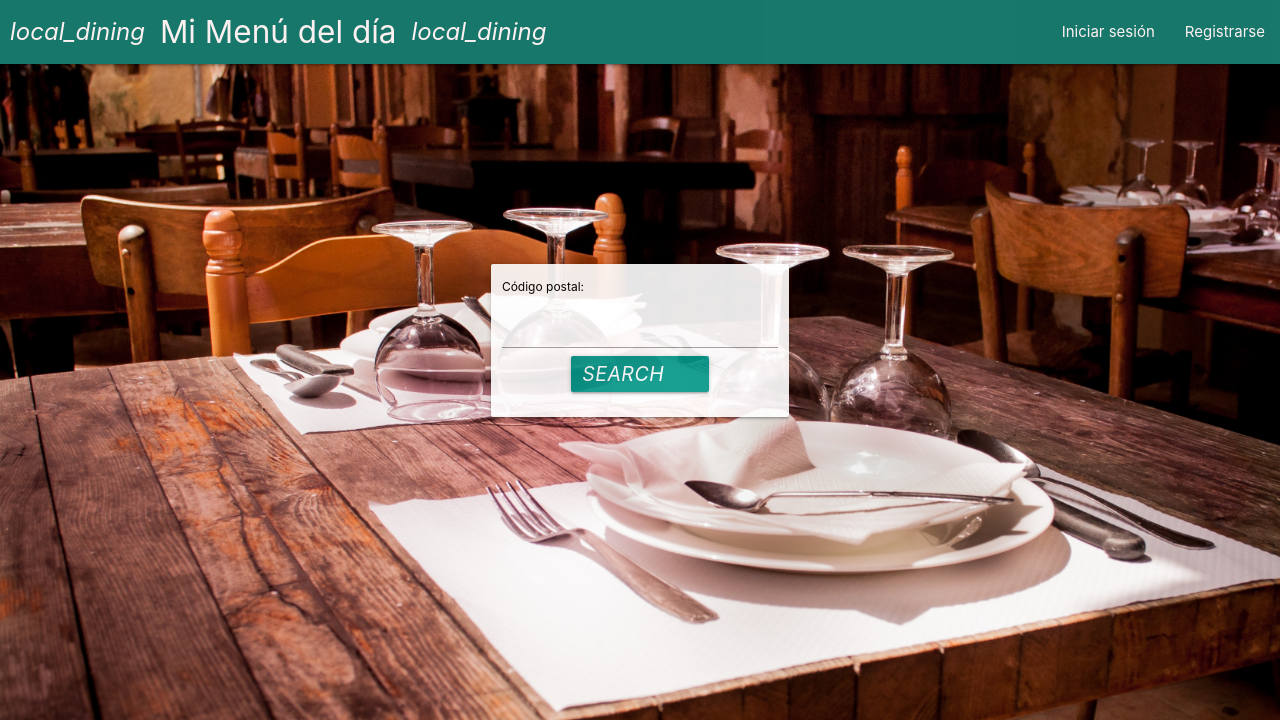
Repository: ixtab/ProyectoJavaRestaurante
Page: http://localhost/MiMenu/
An editor plug-in stored every save of this project. The page is shown before and after the next save, followed by the edit.
The browser window is 1280 px wide. The pictures show the whole page.
The page is served by Tomcat 9.

Above is the page before, as saved 2019-03-17 19:51:57.

After the next save:
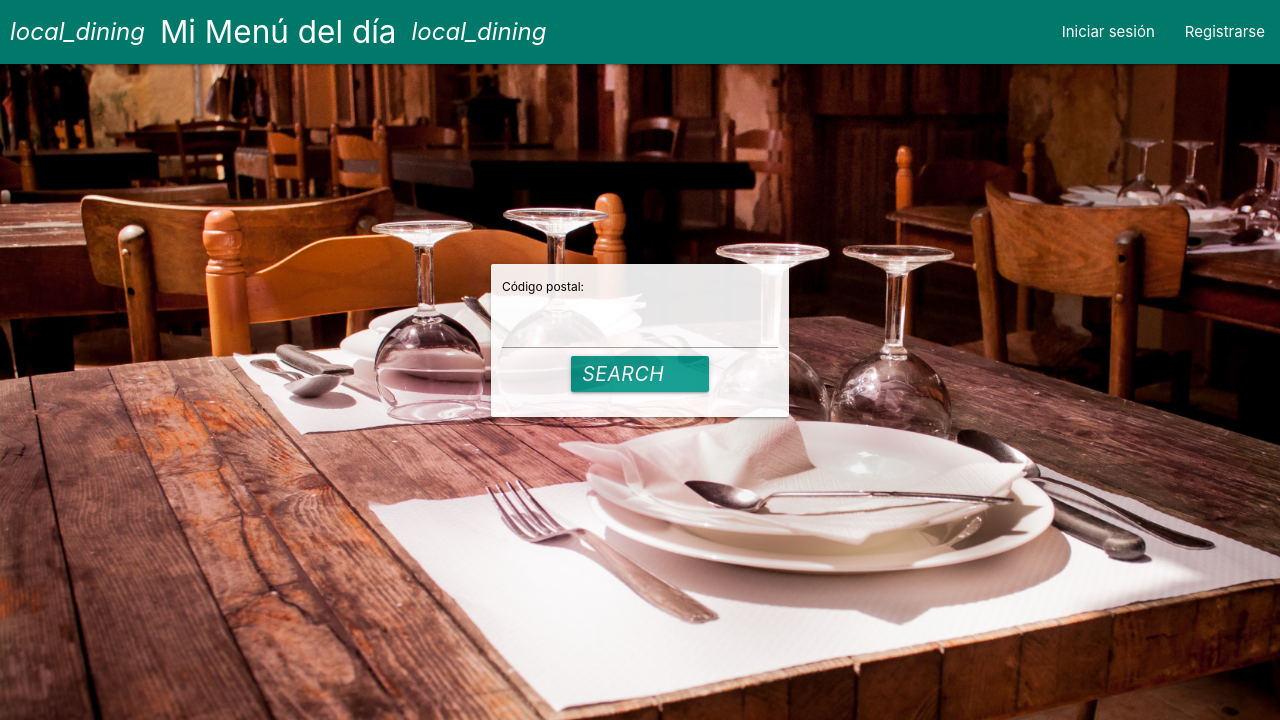
Saved 40 s later.
--- a/MiMenu/WebContent/index.jsp
+++ b/MiMenu/WebContent/index.jsp
@@ -15,7 +15,7 @@
 
 	<header>
 			<nav>
-			    <div class="teal darken-2 nav-wrapper trans">
+			    <div class="teal darken-2 nav-wrapper">
 			      <a href="#" class="brand-logo"><i class="large material-icons">local_dining</i> Mi Menú del día <i class="large material-icons right">local_dining</i></a>
 			      <ul id="nav-mobile" class="right hide-on-med-and-down">
 			        <li><a href="iniciar.jsp">Iniciar sesión</a></li>
